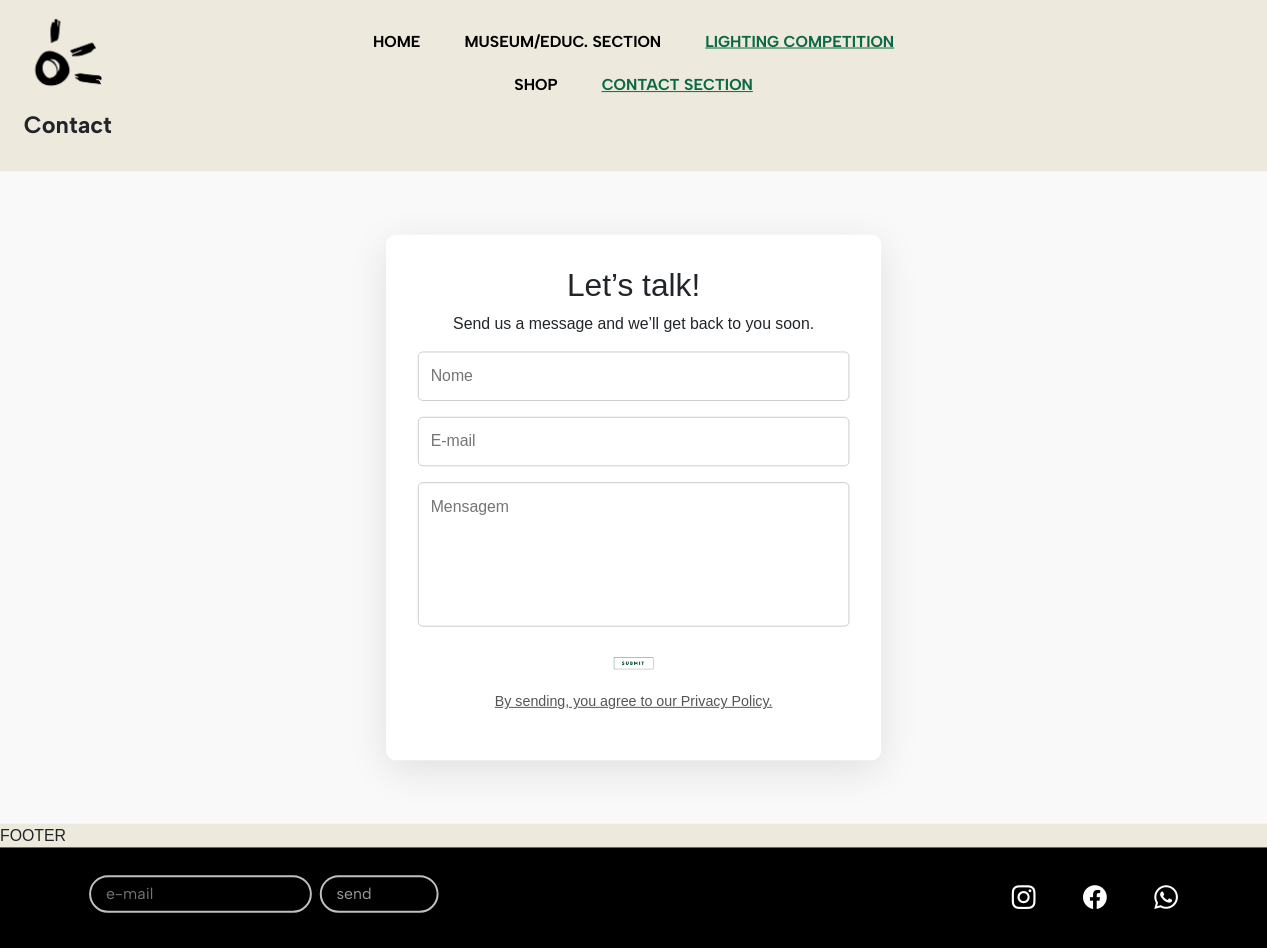
Repository: veronicamdiaz/Landing-Page-Practices
Page: contact-section.html
An editor plug-in stored every save of this project. The page is shown before and after the next save, followed by the edit.
The browser window is 1280 px wide. The pictures show the whole page, at 99% of full size.

Above is the page before, as saved 2025-06-02 17:04:22.
Console error: TypeError: Cannot read properties of null (reading 'addEventListener')

After the next save:
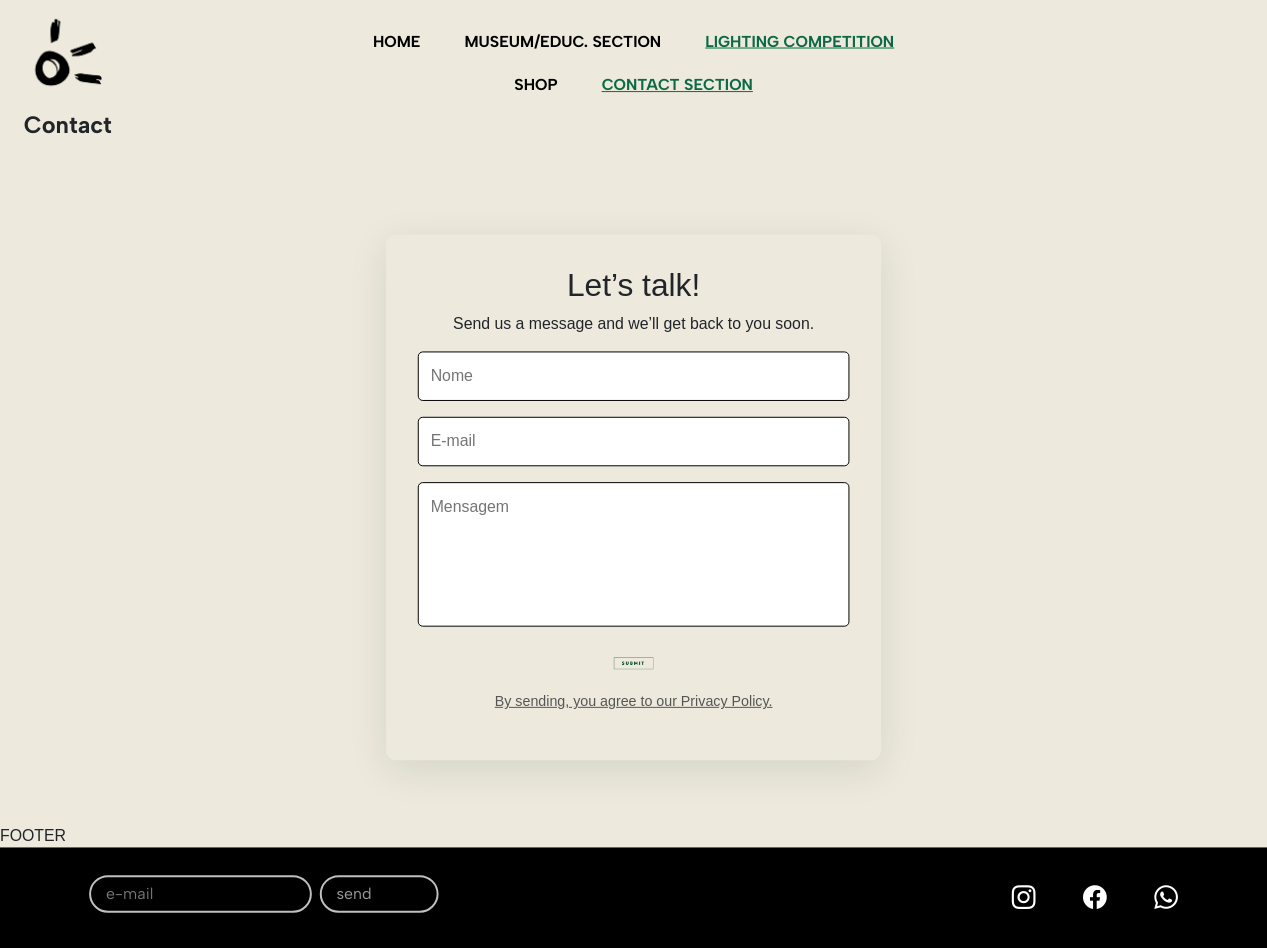
Saved 18 s later.
--- a/main.css
+++ b/main.css
@@ -308,11 +308,9 @@
   justify-content: center;
   align-items: center;
   padding: 4rem 1rem;
-  background-color: #f9f9f9; /* ou transparente */
 }
 
 .contact-container {
-  background-color: #fff;
   padding: 2rem;
   border-radius: 10px;
   width: 100%;
@@ -328,7 +326,8 @@
 .contact-input {
   width: 100%;
   padding: 0.75rem;
-  border: 1px solid #ccc;
+  border: 1px solid;
+
   border-radius: 5px;
   font-family: inherit;
   resize: none;
